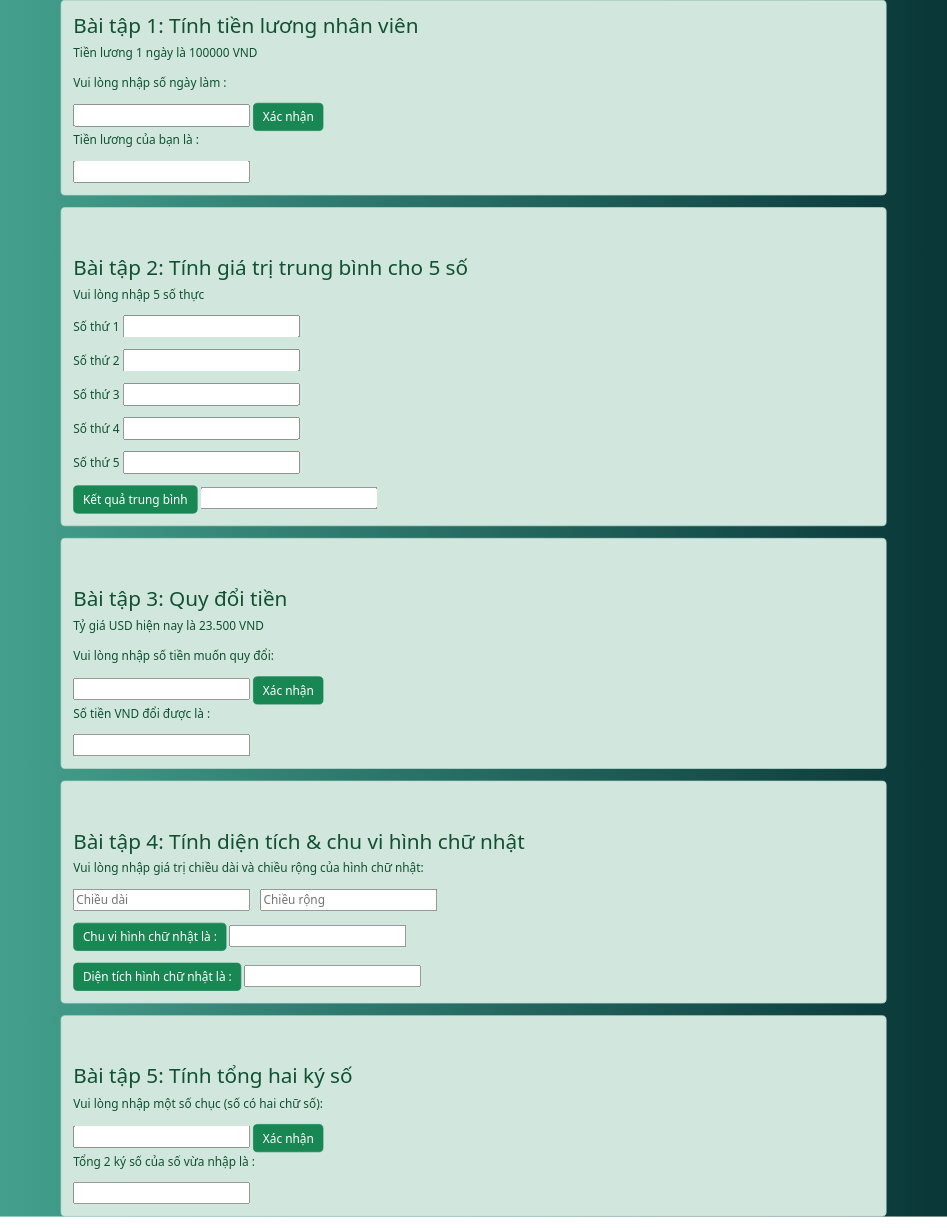
Repository: hcozyph/TranHuuPhuoc_BC43_BT_JS_Buoi2
Page: index.html
An editor plug-in stored every save of this project. The page is shown before and after the next save, followed by the edit.
The browser window is 1280 px wide. The pictures show the whole page, at 74% of full size.

Above is the page before, as saved 2023-02-03 20:29:20.

After the next save:
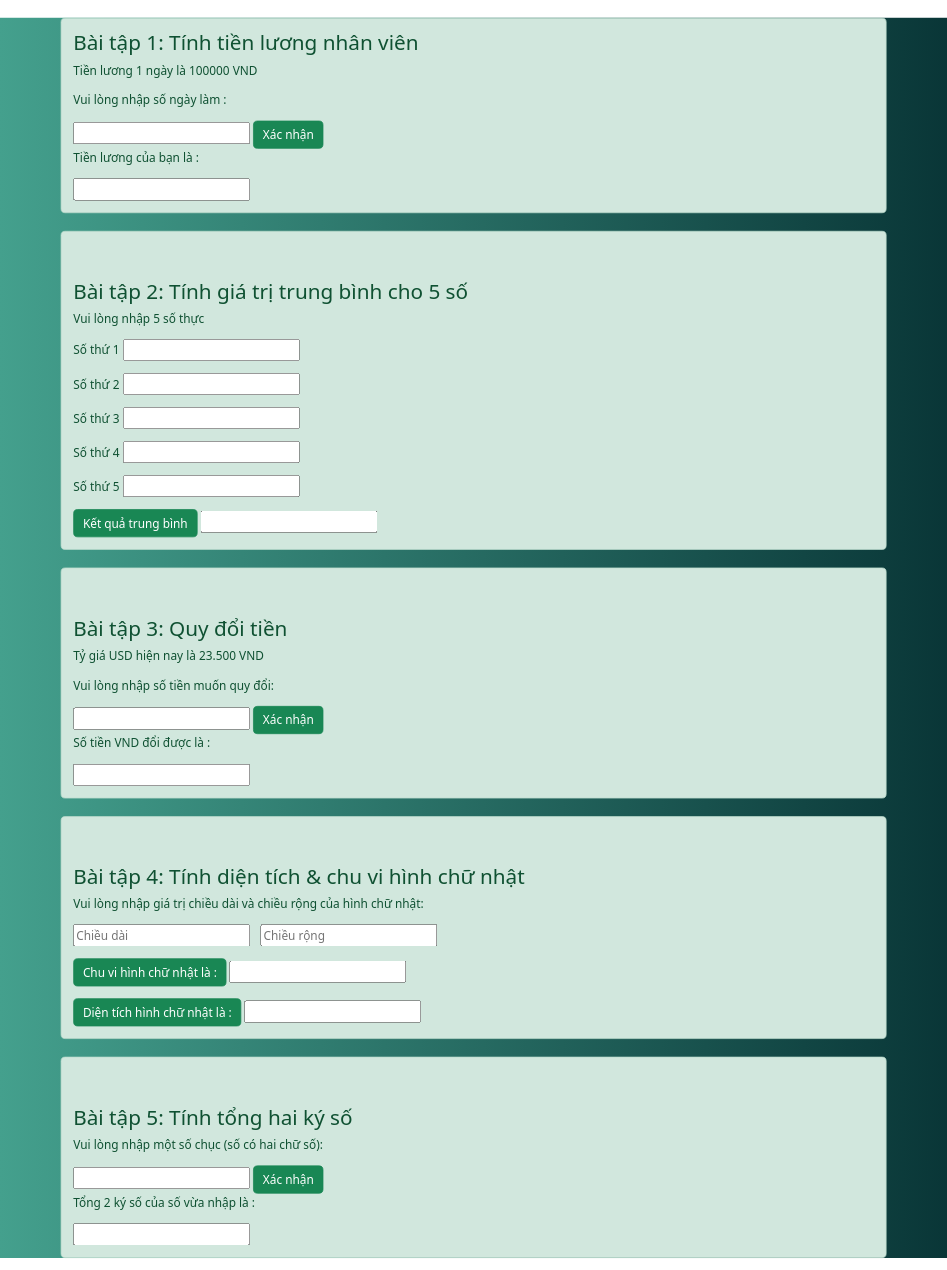
Saved 21 s later.
--- a/index.html
+++ b/index.html
@@ -45,7 +45,7 @@
             <!-- BT1 -->
             <div class="container">
                 <!-- BT-1 -->
-                <div class="BT1 alert alert-success">
+                <div class="BT1 alert alert-success mt-4">
                     <h1 class="fs-3">Bài tập 1: Tính tiền lương nhân viên</h1>
                     <p>Tiền lương 1 ngày là 100000 VND</p>
                     <p>Vui lòng nhập số ngày làm :</p>
@@ -62,7 +62,7 @@
                 </div>
 
                 <!-- BT2 -->
-                <div class="BT2 alert alert-success">
+                <div class="BT2 alert alert-success mt-4">
                     <h1 class="fs-3 mt-5">
                         Bài tập 2: Tính giá trị trung bình cho 5 số
                     </h1>
@@ -85,7 +85,7 @@
                 </div>
 
                 <!-- BT3 -->
-                <div class="BT3 alert alert-success">
+                <div class="BT3 alert alert-success mt-4">
                     <h1 class="fs-3 mt-5">Bài tập 3: Quy đổi tiền</h1>
                     <p>Tỷ giá USD hiện nay là 23.500 VND</p>
                     <p>Vui lòng nhập số tiền muốn quy đổi:</p>
@@ -104,7 +104,7 @@
                 </div>
 
                 <!-- BT4 -->
-                <div class="BT4 alert alert-success">
+                <div class="BT4 alert alert-success mt-4">
                     <h1 class="fs-3 mt-5">
                         Bài tập 4: Tính diện tích & chu vi hình chữ nhật
                     </h1>
@@ -137,7 +137,7 @@
                 </div>
 
                 <!-- BT5 -->
-                <div class="BT5 alert alert-success">
+                <div class="BT5 alert alert-success mt-4">
                     <h1 class="fs-3 mt-5">Bài tập 5: Tính tổng hai ký số</h1>
                     <p>Vui lòng nhập một số chục (số có hai chữ số):</p>
                     <input type="number" id="inputSoChuc" />
